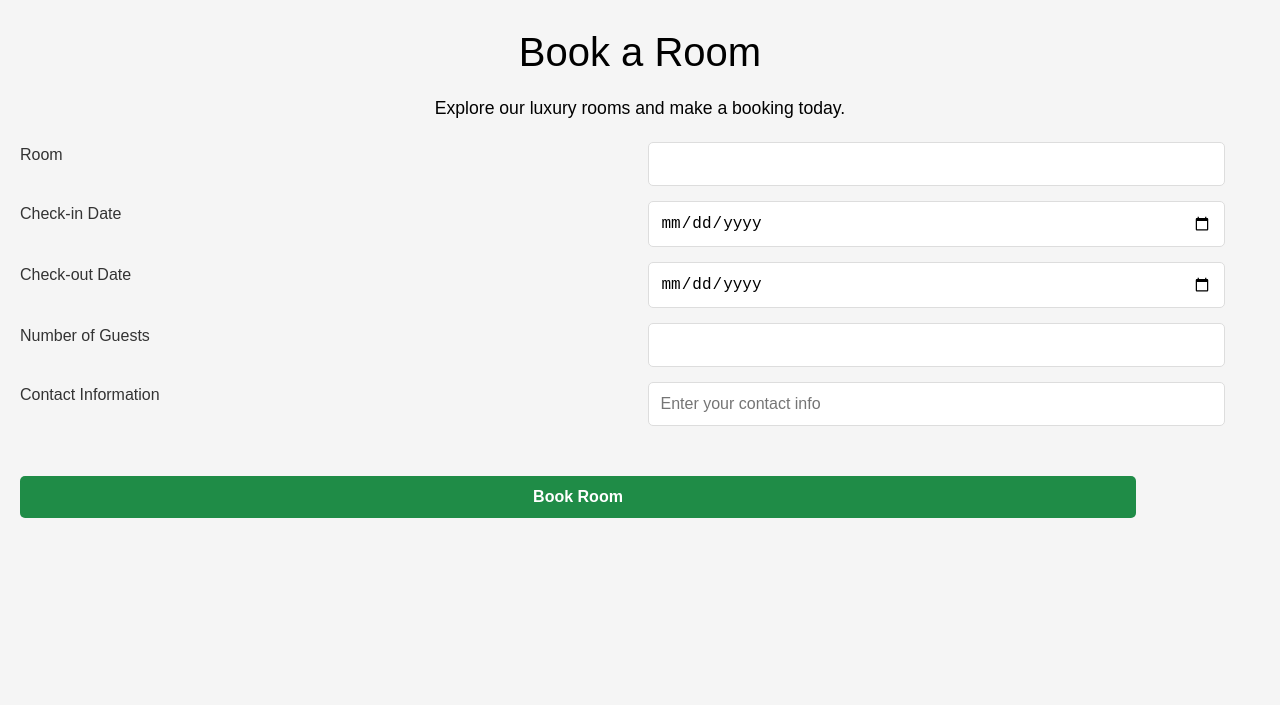
Repository: malingubarnice/Online-Reservation-System
Page: seperate_room.html
The author's editor kept a copy of each file at every save. The page is drawn from the files as they stood at one save, then again after the next save.
The browser window is 1280 px wide. The pictures show the whole page.

Above is the page before, as saved 2025-04-03 18:39:38.
Console error: TypeError: Cannot read properties of null (reading 'addEventListener')

### seperate_room.html
<!DOCTYPE html>
<html lang="en">
<head>
    <meta charset="UTF-8">
    <meta name="viewport" content="width=device-width, initial-scale=1.0">
    <title>Book a Room</title>
    <link rel="stylesheet" href="styles.css"> <!-- Link your existing CSS -->
</head>
<body>







    <!-- Rooms Section -->
    <section id="rooms">
        <h1>Book a Room</h1>
        <p>Explore our luxury rooms and make a booking today.</p>

        <div class="room-list">
            <!-- Room cards dynamically loaded -->
        </div>

        <!-- Booking Form -->
        <div class="reservation-form">
            <form action="send_room.php" method="post">
                <!-- Hidden input for room ID -->
                <input type="hidden" id="room_id" name="room_id">

                <label for="room-selection">Room</label>
                <input type="text" id="room-selection" name="room_name" readonly>

                <label for="check-in-date">Check-in Date</label>
                <input type="date" id="check-in-date" name="check_in_date" required>

                <label for="check-out-date">Check-out Date</label>
                <input type="date" id="check-out-date" name="check_out_date" required>

                <label for="guest-count">Number of Guests</label>
                <input type="number" id="guest-count" name="guest_count" min="1" required>

                <label for="contact-info">Contact Information</label>
                <input type="text" id="contact-info" name="contact-info" placeholder="Enter your contact info" required>

                <p id="price-display"></p>
                <input type="hidden" id="price" name="price">

                <button type="submit" class="reserve-btn">Book Room</button>
            </form>
        </div>
    </section>

    <script>
        document.addEventListener("DOMContentLoaded", function () {
            let today = new Date().toISOString().split("T")[0];

            // Set min date for reservations
            document.getElementById("check-in-date").setAttribute("min", today);

            // Update checkout date when check-in date is selected
            document.getElementById("check-in-date").addEventListener("change", function () {
                let checkInDate = this.value;
                document.getElementById("check-out-date").setAttribute("min", checkInDate);
            });
        });
    </script>

    <script src="roomjs.js"></script>

</body>
</html>

### styles.css
/* General Reset */
body, h1, h2, p, ul, li, a, button {
    margin: 0;
    padding: 0;
    box-sizing: border-box;
}

/* Body and Layout */
body {
    font-family: 'Arial', sans-serif;
    line-height: 1.6;
    background-color: #f5f5f5;
    color: #333;
}

/* Header */
header {
    display: flex;
    justify-content: space-between;
    align-items: center;
    padding: 20px;
    background: white;
    color: #fff;
    border-bottom: 2px solid #c4ccd4;
    border-radius: 26px;
    border-style: none;
}

header .logo img {
    height: 100px;
    border-radius: 50px;
}

header nav ul {
    display: flex;
    list-style: none;
}

header nav ul li {
    margin-left: 25px;
}

header nav ul li a {
    color: rgb(10, 10, 10);
    text-decoration: none;
    font-size: 25px;
    font-weight: 500;
    transition: color 0.3s;
}

header nav ul li a:hover {
    color: #eb2630;
}




/* Container for Features Section */
.features {
    display: flex;
    justify-content: flex-start;
    align-items: flex-start;
    flex-direction: row;  /* This will place the features next to each other */
    gap: 20px;  /* Adds space between each feature box */
    margin-left: 20px;  /* Adjust the space from the left */
  }

  /* Individual Feature Box */
  .feature {
    background-color: #fff;
    padding: 20px;
    margin-bottom: 15px;
    margin-top: 15px;
    box-shadow: 0 4px 8px rgba(0, 0, 0, 0.1);
    border-radius: 10px;
    flex: 1;  /* Makes each feature box take equal width */
  }

  /* Feature Header */
  .feature h2 {
    font-size: 22px;
    margin-bottom: 10px;
  }

  /* Feature Description */
  .feature p {
    font-size: 16px;
    color: white;
  }

  /* Optional: Adjusting feature links */
  .feature a {
    display: inline-block;
    background-color: #15ad4d;
    color: #fff;
    padding: 10px 20px;
    border-radius: 5px;
    text-decoration: none;
    transition: background-color 0.3s;
  }

  .feature a:hover {
    background-color: #1dd168;
  }




/* Reservations Section */
#reservations {
    padding: 50px 20px;
    background: #fff;
    margin: 20px auto;
    max-width: 900px;
    box-shadow: 0 8px 16px rgba(0, 0, 0, 0.1);
    border-radius: 10px;
}

#reservations h1 {
    font-size: 32px;
    margin-bottom: 20px;
    text-align: center;
    color: #2c3e50;
}

.reservation-form form {
    display: grid;
    grid-template-columns: 1fr 1fr;
    gap: 15px;
    margin-bottom: 30px;
}

.reservation-form label {
    font-size: 16px;
    color: #333;
}

.reservation-form input,
.reservation-form textarea,
.reserve-btn {
    padding: 12px;
    border: 1px solid #ddd;
    border-radius: 5px;
    font-size: 16px;
    transition: border-color 0.3s;
    width: 90%;
}

.reservation-form input:focus,
.reservation-form textarea:focus {
    border-color: #27ae60;
}

.reserve-btn {
    background-color: #1f8c47;
    color: #fff;
    font-weight: bold;
    cursor: pointer;
    border: none;
    transition: background-color 0.3s;
    grid-column: span 2;
}

.reserve-btn:hover {
    background-color: #10e669;
}

/* Table Layout */
.table-layout {
    margin-top: 20px;
    text-align: center;
}

.tables {
    display: grid;
    grid-template-columns: repeat(auto-fill, minmax(100px, 1fr));
    gap: 20px;
}

.tables .table {
    background-color: #ddd;
    padding: 20px;
    text-align: center;
    font-size: 18px;
    border-radius: 8px;
    cursor: pointer;
    transition: transform 0.3s, background-color 0.3s;
}

.tables .table:hover {
    transform: scale(1.1);
    background-color: #27ae60;
    color: #fff;
}




/* Menu Section */
#menu {
    padding: 50px 20px;
    background: #fff;
    margin: 20px auto;
    max-width: 900px;
    box-shadow: 0 8px 16px rgba(0, 0, 0, 0.1);
    border-radius: 10px;
}

.menu-items {
    display: grid;
    grid-template-columns: repeat(auto-fill, minmax(250px, 1fr));
    gap: 20px;
}

.menu-items .menu-item {
    background: #f4f4f4;
    padding: 20px;
    border-radius: 8px;
    box-shadow: 0 4px 8px rgba(0, 0, 0, 0.1);
    text-align: center;
    transition: transform 0.3s;
}

.menu-items .menu-item:hover {
    transform: scale(1.05);
    box-shadow: 0 8px 16px rgba(0, 0, 0, 0.2);
}

.menu-items img {
    max-width: 100%;
    border-radius: 5px;
}

/* Targeting buttons inside the #menu section */
#menu button {
    width: 100%;
    padding: 12px;
    background: #1f8c47;
    color: white;
    font-size: 16px;
    border: none;
    border-radius: 8px;
    cursor: pointer;
    transition: 0.3s;
}

#menu button:hover {
    background: #27ae60;
}


/* Footer */
footer {
    text-align: center;
    padding: 20px;
    background-color: whitesmoke;
    color: #fff;
    margin-top: 50px;
}

/* Responsive Design */
@media (max-width: 768px) {
    .features {
        flex-direction: column;
        align-items: center;
    }

    .feature {
        width: 100%;
        margin-bottom: 30px;
    }

    .reservation-form {
        grid-template-columns: 1fr;
    }

    .tables {
        grid-template-columns: 1fr 1fr;
    }

    .menu-items {
        grid-template-columns: 1fr 1fr;
    }
}

@media (max-width: 480px) {
    header {
        flex-direction: column;
        align-items: flex-start;
    }

    header nav ul {
        flex-direction: column;
        gap: 10px;
    }

    .hero h1 {
        font-size: 28px;
    }

    .hero p {
        font-size: 18px;
    }
}

/* Style for available tables */
.table {
    padding: 10px;
    margin: 10px;
    border: 1px solid #ccc;
    cursor: pointer;
    display: inline-block;
}

/* Highlight the selected table */
.table.selected {
    background-color: #4CAF50; /* Green background */
    color: white;
    border: 2px solid #fff;
}

/*stying order online section*/
#order-online {
    padding: 2rem;
}

.menu-item {
    border: 1px solid #ddd;
    margin: 1rem;
    padding: 1rem;
    text-align: center;
}
.order-form {
    margin-top: 2rem;
}
.order-total {
    font-weight: bold;
    margin-top: 1rem;
}


/*styling rooms*/
/* General styling for the Rooms Section */
#rooms {
    font-family: Arial, sans-serif;
    padding: 20px;
    background-color: #f5f5f5;
}

#rooms h1 {
    text-align: center;
    color: #333;
    font-size: 2.5rem;
    margin-bottom: 10px;
}

#rooms p {
    text-align: center;
    font-size: 1.1rem;
    color: #666;
    margin-bottom: 20px;
}

/* Room Listings */
.room-listings {
    display: grid;
    grid-template-columns: repeat(auto-fill, minmax(250px, 1fr));
    gap: 20px;
    margin-bottom: 30px;
}

.room-card {
    background-color: white;
    border-radius: 8px;
    box-shadow: 0 4px 6px rgba(0, 0, 0, 0.1);
    padding: 15px;
    text-align: center;
    transition: transform 0.3s ease-in-out;
}

.room-card:hover {
    transform: translateY(-5px);
}

.room-card img {
    width: 100%;
    height: 180px;
    object-fit: cover;
    border-radius: 8px;
}

.room-card h3 {
    font-size: 1.5rem;
    color: #333;
    margin: 15px 0;
}

.room-card p {
    font-size: 1.1rem;
    color: #777;
}

.room-card .price {
    font-size: 1.2rem;
    font-weight: bold;
    color: #1f8c47;
    margin-top: 10px;
}

.room-card button {
    background-color: #1f8c47;
    color: white;
    padding: 10px 15px;
    font-size: 1rem;
    border: none;
    border-radius: 5px;
    cursor: pointer;
    transition: background-color 0.3s;
}

.room-card button:hover {
    background-color: #27ae60;
}


/* New class for hiding the form */
.booking-form.hidden {
    display: none;
}

/* Booking Form Styling */
.booking-form {
    background-color: white;
    padding: 20px;
    border-radius: 8px;
    box-shadow: 0 4px 6px rgba(0, 0, 0, 0.1);
    width: 70%;
    max-width: 600px;
    margin: 0 auto;
}

.booking-form h2 {
    text-align: center;
    color: #333;
    font-size: 2rem;
    margin-bottom: 15px;
}

.booking-form form {
    display: flex;
    flex-direction: column;
    gap: 15px;
}

.booking-form label {
    font-size: 1.1rem;
    color: #333;
}

.booking-form select,
.booking-form input {
    padding: 10px;
    font-size: 1rem;
    border: 1px solid #ccc;
    border-radius: 5px;
    width: 100%;
}

.booking-form button {
    background-color: #1f8c47;
    color: white;
    padding: 12px 20px;
    font-size: 1.1rem;
    border: none;
    border-radius: 5px;
    cursor: pointer;
    transition: background-color 0.3s;
}

.booking-form button:hover {
    background-color: #27ae60;
}

/* Confirmation Message */
#confirmation-message {
    font-size: 1.2rem;
    color: #333;
    margin-top: 20px;
    text-align: center;
    display: none; /* Hidden initially */
}

#confirmation-message.success {
    color: #4caf50;
}

#confirmation-message.error {
    color: #f44336;
}



/* Container for styling the rooms */
.room-list {
    display: flex;
    flex-wrap: wrap; /* Allows room cards to wrap to the next line when necessary */
    justify-content: center; /* Centers the room cards horizontally */
    gap: 20px; /* Adds space between cards */
    max-width: 80%; /* Makes the container occupy 80% of the page */
    margin: 0 auto; /* Centers the container horizontally */
}

/* Individual room card */
.room-card {
    width: 30%; /* Makes each card take up about 30% of the container's width */
    max-width: 300px; /* Optional: Set a max width for the cards */
    margin: 10px;
    padding: 15px;
    text-align: center;
    box-shadow: 0 4px 8px rgba(0, 0, 0, 0.1);
    background-color: #fff;
    border-radius: 10px;
    box-sizing: border-box;
}

/* Image inside room card */
.room-card img {
    width: 100%; /* Ensures the image stretches across the container */
    height: auto; /* Keeps aspect ratio intact */
    object-fit: contain; /* Ensures the full image is visible */
}

@media (max-width: 768px) {
    .room-card {
        width: 100%; /* Makes room cards stack on smaller screens */
    }
}

/* Target the specific booking room section and make the font weight lighter */
#rooms {
    color: black; /* Keeps the text color black */
    font-weight: lighter; /* Makes the font weight lighter */
}

/* Target the room cards within the booking room section */
#rooms .room-card {
    color: black; /* Ensures room card text is black */
    font-weight: lighter; /* Makes the room card text lighter */
}

/* You can also target specific elements like titles and descriptions, if necessary */
#rooms h1, #rooms p, #rooms .room-name, #rooms .room-description {
    color: black; /* Sets the text to black */
    font-weight: lighter; /* Reduces the font weight */
}

### roomjs.js
document.addEventListener('DOMContentLoaded', function () {
    // Fetch room data and display rooms dynamically
    fetch('get_room.php')
      .then(response => response.json())
      .then(data => {
        if (Array.isArray(data)) {
          displayRooms(data);
        } else {
          console.error('Error fetching rooms:', data.message);
        }
      })
      .catch(error => console.error('Error fetching room data:', error));
});

// Function to display room cards
function displayRooms(rooms) {
    const roomListContainer = document.querySelector('.room-list');
    roomListContainer.innerHTML = ""; // Clear previous content

    rooms.forEach(room => {
        const roomHTML = `
            <div class="room-card">
                <img src="${room.image_url}" alt="${room.room_name}" style="width: 100%; height: 200px; object-fit: cover;">
                <h2>${room.room_name}</h2>
                <p>Type: ${room.room_type}</p>
                <p>Capacity: ${room.capacity} guests</p>
                <p>${room.description}</p>
                <p>Price: KSh ${room.price_per_night.toLocaleString()}</p>
                <button onclick="selectRoom(${room.room_id}, '${room.room_name}', ${room.price_per_night})">Book Now</button>
            </div>
        `;
        roomListContainer.innerHTML += roomHTML;
    });
}

// Function to select a room for booking
function selectRoom(roomId, roomName, price) {
    console.log(`Room selected: ${roomName} (ID: ${roomId})`);

    document.getElementById('room-selection').value = roomName;
    document.getElementById('room_id').value = roomId;
    document.getElementById('price').textContent = `KSh ${price.toLocaleString()}`;
    document.querySelector('.reservation-form').style.display = 'block'; // Show the booking form
}

// Handle form submission for room booking
document.getElementById('room-booking-form').addEventListener('submit', function (event) {
    event.preventDefault(); // Prevent the form from reloading the page

    const roomId = document.getElementById('room_id').value;
    const checkInDate = document.getElementById('check-in-date').value;
    const checkOutDate = document.getElementById('check-out-date').value;
    const guestCount = document.getElementById('guest-count').value;
    const contactInfo = document.getElementById('contact-info').value;

    const today = new Date();
    const checkIn = new Date(checkInDate);
    const checkOut = new Date(checkOutDate);

    today.setHours(0, 0, 0, 0);
    checkIn.setHours(0, 0, 0, 0);
    checkOut.setHours(0, 0, 0, 0);

    // Check for invalid dates
    if (checkIn < today) {
        alert("Check-in date cannot be in the past.");
        return;
    }

    if (checkIn >= checkOut) {
        alert("Check-out date must be after check-in date.");
        return;
    }

    // Submit booking data via fetch
    fetch('book_room.php', {
        method: 'POST',
        body: JSON.stringify({
            room_id: roomId,
            check_in_date: checkInDate,
            check_out_date: checkOutDate,
            guest_count: guestCount,
            contact_info: contactInfo
        }),
        headers: {
            'Content-Type': 'application/json'
        }
    })
    .then(response => response.json())
    .then(data => {
        if (data.status === 'success') {
            alert('Booking confirmed! Email sent.');
            // Optionally, redirect to a confirmation page or reload
            window.location.href = "confirmation.php";
        } else {
            alert('Error: ' + data.message);
        }
    })
    .catch(error => console.error('Error:', error));
});

After the next save:
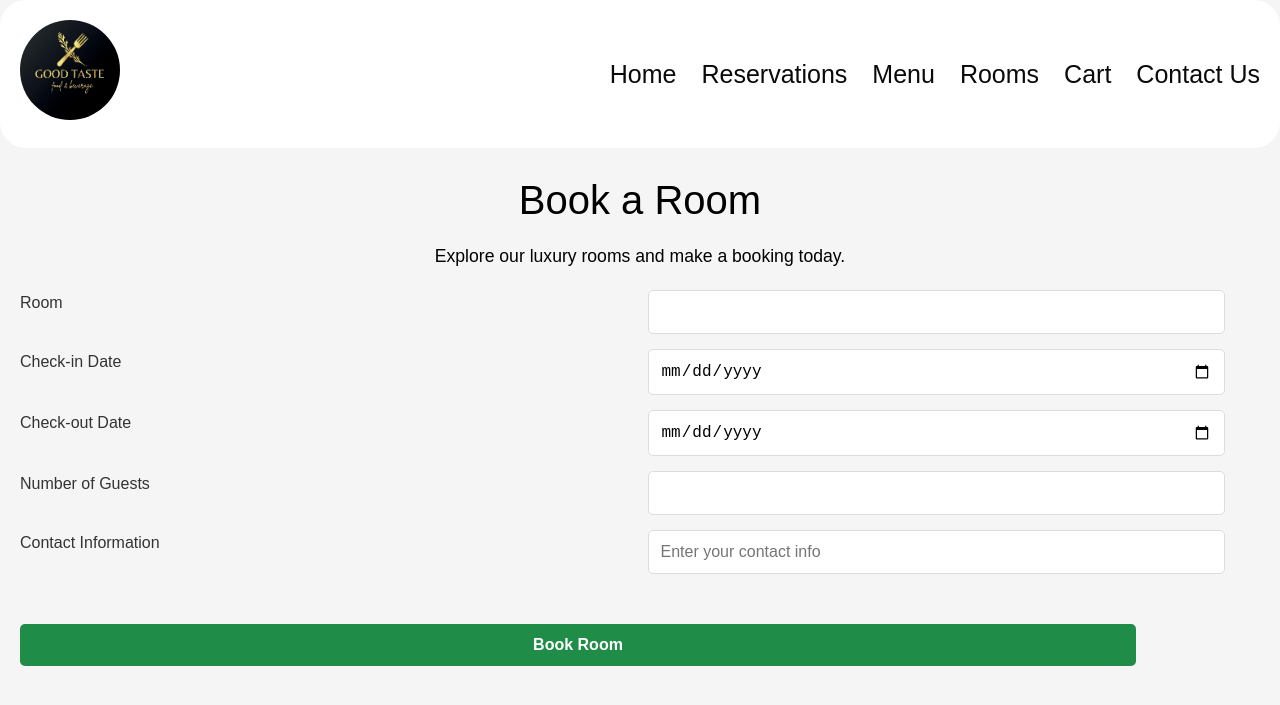
Saved 33 s later.
--- a/seperate_room.html
+++ b/seperate_room.html
@@ -7,6 +7,22 @@
     <link rel="stylesheet" href="styles.css"> <!-- Link your existing CSS -->
 </head>
 <body>
+    <!-- Navigation Bar -->
+  <header>
+    <div class="logo">
+      <img src="assets/logo.jpg" alt="Copper Ivy Logo">
+    </div>
+    <nav class="navbar">
+      <ul>
+        <li><a href="#menu">Home</a></li>
+        <li><a href="#reservations">Reservations</a></li>
+        <li><a href="#menu">Menu</a></li>
+        <li><a href="#rooms">Rooms</a></li>
+        <li><a href="#cart">Cart</a></li>
+        <li><a href="#contact">Contact Us</a></li>
+      </ul>
+    </nav>
+  </header>
 
 
 
